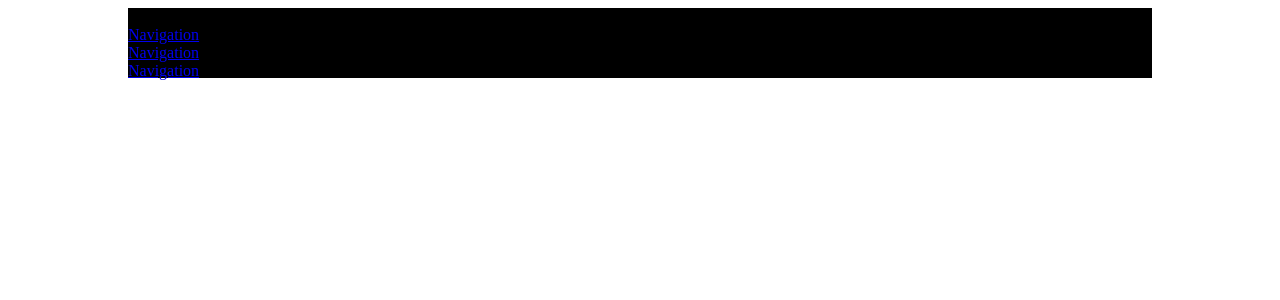
Repository: piotrokrutniak/Projekt-Studia
Page: index.html
An editor plug-in stored every save of this project. The page is shown before and after the next save, followed by the edit.
The browser window is 1280 px wide. The pictures show the whole page.

Above is the page before, as saved 2023-03-04 02:15:02.

After the next save:
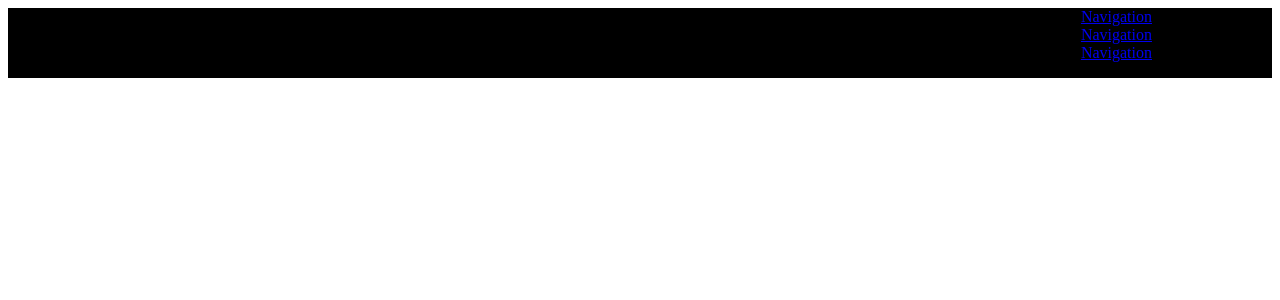
Saved 56 s later.
--- a/styles.css
+++ b/styles.css
@@ -1,12 +1,6 @@
 .navbar{
-    width: 100%;
-    height: 70px;
-    background: black;
-    position: sticky;
-    top: 0;
-}
 
-.navbar-container{
+
     position: relative;
     max-width: 1024px;
     min-width: 328px;
@@ -16,3 +10,11 @@
     flex-direction:row;
     justify-content: space-between;
 }
+
+.navbar-container{
+    width: 100%;
+    height: 70px;
+    background: black;
+    position: sticky;
+    top: 0;
+}
